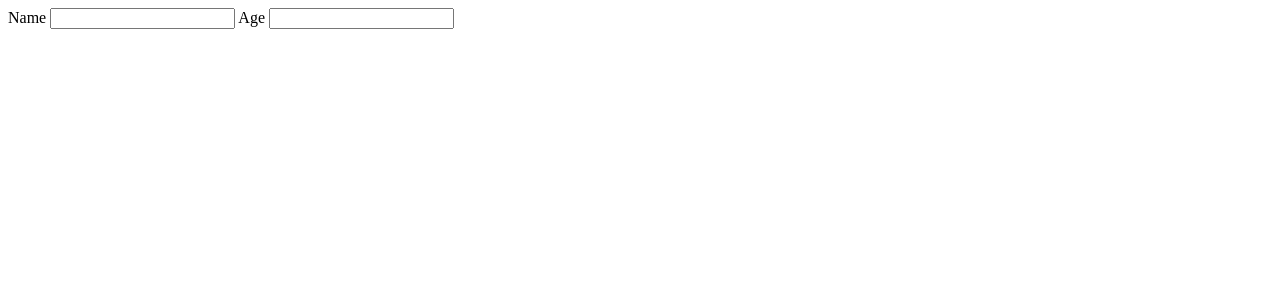
Repository: yash1sh/Java
Page: Bootcmp/DemoPro/src/main/webapp/Login.html
These files come from the project's save history. The page is drawn as it stood at one moment and after the next save; the edit follows.
The browser window is 1280 px wide. The pictures show the whole page.

Above is the page before, as saved 2022-05-17 05:08:53.

After the next save:
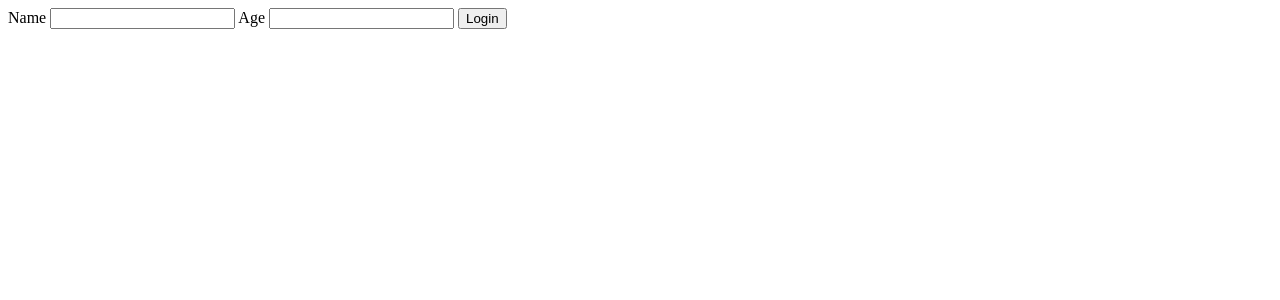
Saved 101 s later.
--- a/Bootcmp/DemoPro/src/main/webapp/Login.html
+++ b/Bootcmp/DemoPro/src/main/webapp/Login.html
@@ -12,6 +12,7 @@
 <input type="text" name="name">
 <label>Age</label>
 <input type="text" name="age">
+<button type="submit">Login</button>
 
 
 </form>
